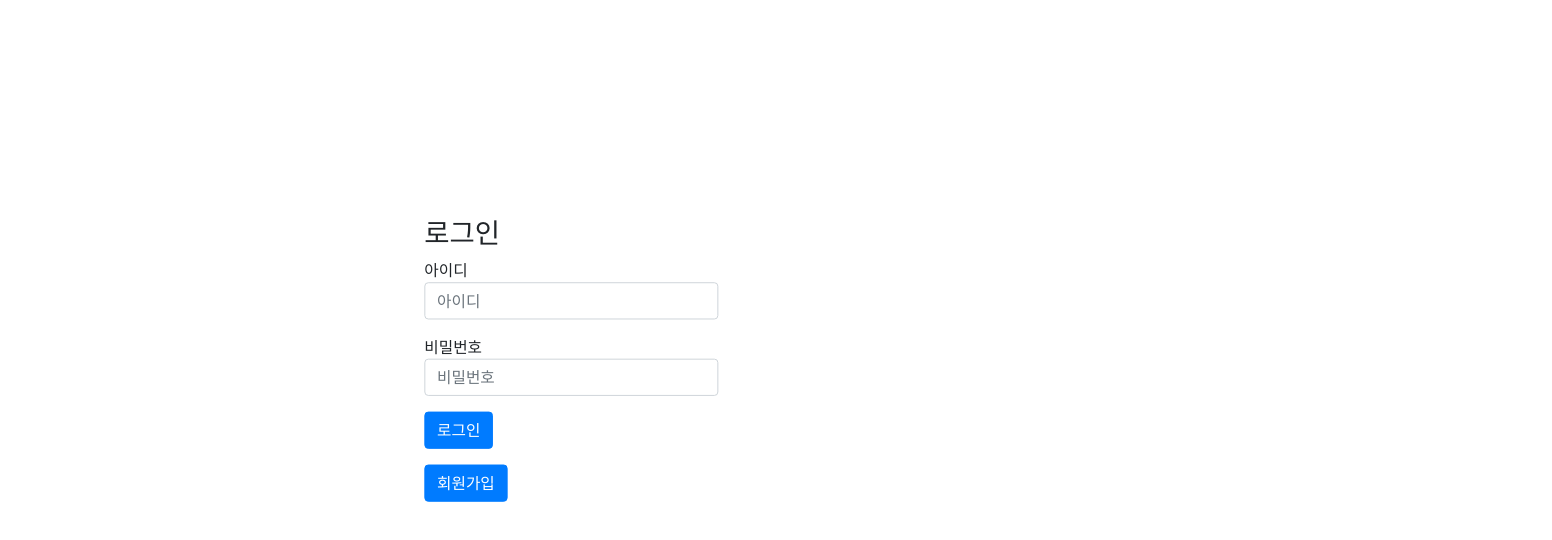
Repository: Seongjoo-Shin/webServer
Page: http://localhost/project/project/login.jsp
The author's editor kept a copy of each file at every save. The page is drawn from the files as they stood at one save, then again after the next save.
The browser window is 1280 px wide. The page is 1528 px wide, then 1584 px, so the pictures cover 1584 px, including what lies to the right of the window. The pictures show the whole page, at 98% of full size.
The page is served by Tomcat 9. Other server files are loaded and not shown.

Above is the page before, as saved 2021-06-14 05:22:01.

### 20165514_신성주_웹서버구축_프로젝트_소스코드/project/WebContent/project/login.jsp
<%@ page language="java" contentType="text/html; charset=utf-8"
    pageEncoding="utf-8"%>
<!DOCTYPE html>
<html>
<head>
<meta charset="utf-8">
<title>로그인</title>
<link rel="stylesheet" href="https://stackpath.bootstrapcdn.com/bootstrap/4.3.1/css/bootstrap.min.css" integrity="sha384-ggOyR0iXCbMQv3Xipma34MD+dH/1fQ784/j6cY/iJTQUOhcWr7x9JvoRxT2MZw1T" crossorigin="anonymous">
</head>
<body>
	<div class="container">
		<div class="col-lg" style="margin:20% auto auto 30%; border=solid 1;">
		<h3>로그인</h3>
		<form method="post" action="login_process.jsp">
			<p>아이디<input type="text" name="user_id" class="form-control" placeholder="아이디" style="width:300px;"></p>
			<p>비밀번호<input type="password" name="user_pwd" class="form-control" placeholder="비밀번호" style="width:300px;"></p>
			<p><input type="submit" class="btn btn-primary" value="로그인"></p>
			<p><a href="register.jsp" class="btn btn-primary">회원가입</a>
		</form>
		</div>
	</div>
</body>
</html>

After the next save:
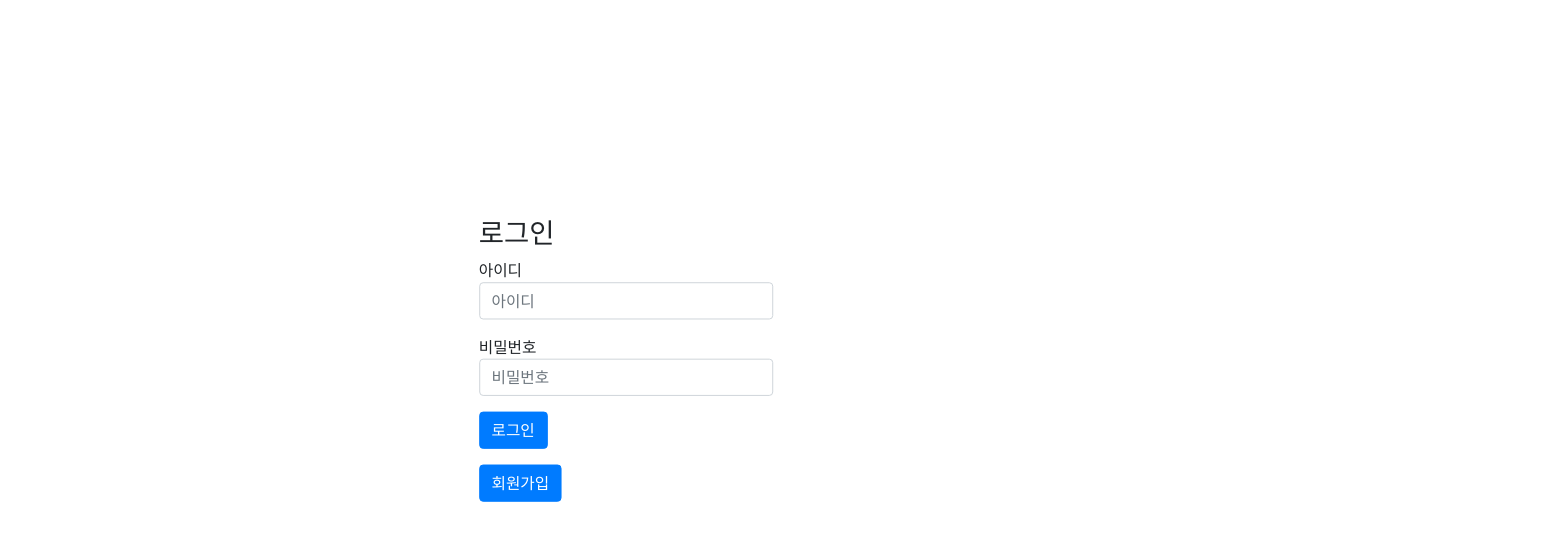
Saved 10 s later.
--- a/20165514_신성주_웹서버구축_프로젝트_소스코드/project/WebContent/project/login.jsp
+++ b/20165514_신성주_웹서버구축_프로젝트_소스코드/project/WebContent/project/login.jsp
@@ -9,7 +9,7 @@
 </head>
 <body>
 	<div class="container">
-		<div class="col-lg" style="margin:20% auto auto 30%; border=solid 1;">
+		<div class="col-lg" style="margin:20% auto auto 35%; border=solid 1;">
 		<h3>로그인</h3>
 		<form method="post" action="login_process.jsp">
 			<p>아이디<input type="text" name="user_id" class="form-control" placeholder="아이디" style="width:300px;"></p>
